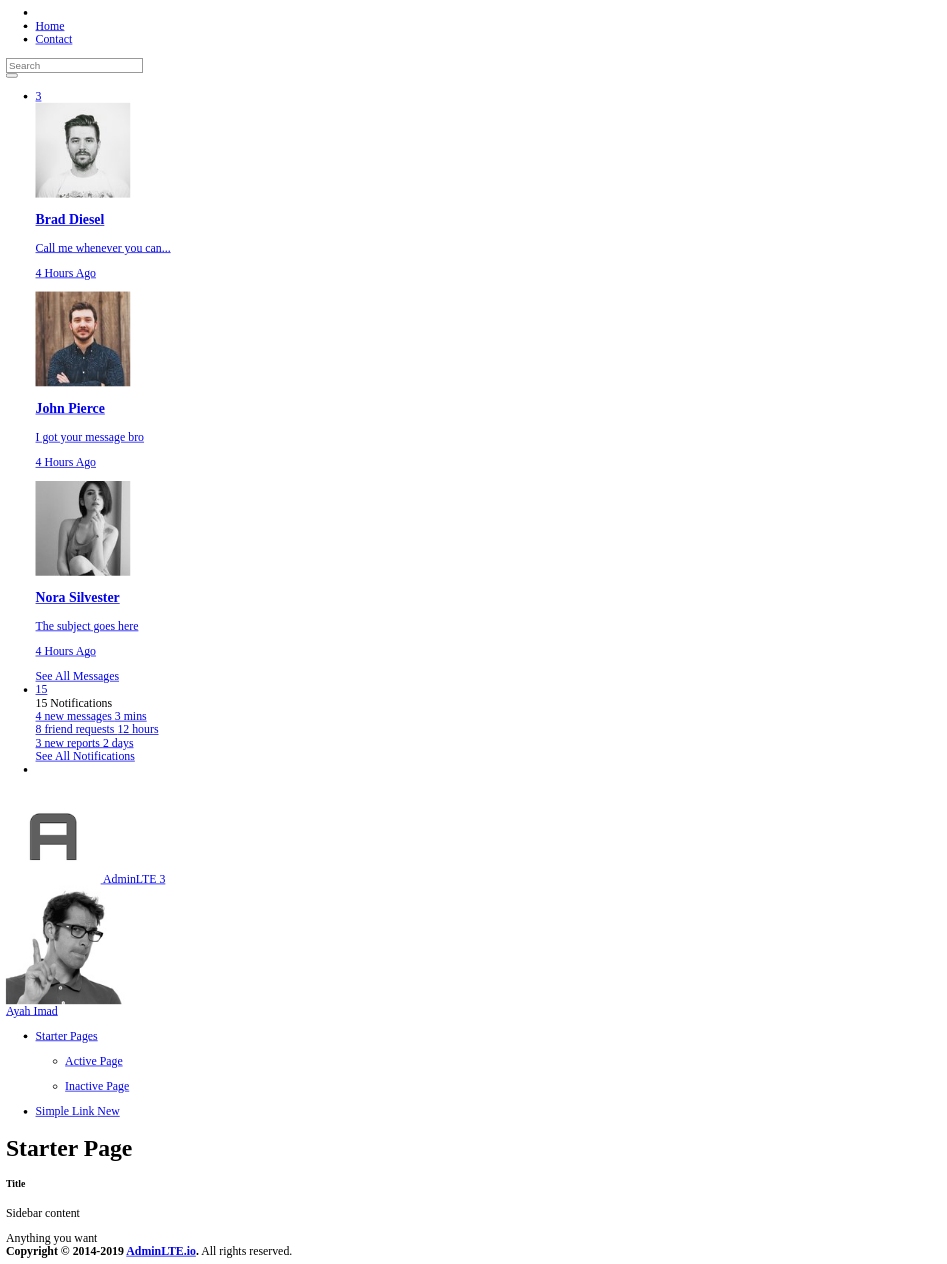
Repository: Abdaljawad-Aya/Django-Exercises
Page: http://localhost/polls/
The author's editor kept a copy of each file at every save. The page is drawn from the files as they stood at one save, then again after the next save.
The browser window is 1280 px wide. The pictures show the whole page, at 74% of full size.
The page is served by the project's application, run on Django 3.2 (manage.py). Other server files are loaded and not shown.

Above is the page before, as saved 2021-03-10 08:26:01.

### crudDj/DJ/polls/templates/polls/starter.html

<!--
This is a starter template page. Use this page to start your new project from
scratch. This page gets rid of all links and provides the needed markup only.
-->
{% load static %}
{% comment %} <!DOCTYPE html>
<html lang="en">
<head>
  <meta charset="utf-8">
  <meta name="viewport" content="width=device-width, initial-scale=1">
  <meta http-equiv="x-ua-compatible" content="ie=edge">

  <title>AdminLTE 3 | Starter</title>

  <!-- Font Awesome Icons -->
  <link rel="stylesheet" href="{% static 'plugins/fontawesome-free/css/all.min.css' %}">
  <!-- Theme style -->
  <link rel="stylesheet" href="{% static 'dist/css/adminlte.min.css'%}">
  <!-- Google Font: Source Sans Pro -->
  <link href="https://fonts.googleapis.com/css?family=Source+Sans+Pro:300,400,400i,700" rel="stylesheet">
</head>
<body class="hold-transition sidebar-mini"> {% endcomment %}
<div class="wrapper">

  <!-- Navbar -->
  <nav class="main-header navbar navbar-expand navbar-white navbar-light">
    <!-- Left navbar links -->
    <ul class="navbar-nav">
      <li class="nav-item">
        <a class="nav-link" data-widget="pushmenu" href="#" role="button"><i class="fas fa-bars"></i></a>
      </li>
      <li class="nav-item d-none d-sm-inline-block">
        <a href="index3.html" class="nav-link">Home</a>
      </li>
      <li class="nav-item d-none d-sm-inline-block">
        <a href="#" class="nav-link">Contact</a>
      </li>
    </ul>

    <!-- SEARCH FORM -->
    <form class="form-inline ml-3">
      <div class="input-group input-group-sm">
        <input class="form-control form-control-navbar" type="search" placeholder="Search" aria-label="Search">
        <div class="input-group-append">
          <button class="btn btn-navbar" type="submit">
            <i class="fas fa-search"></i>
          </button>
        </div>
      </div>
    </form>

    <!-- Right navbar links -->
    <ul class="navbar-nav ml-auto">
      <!-- Messages Dropdown Menu -->
      <li class="nav-item dropdown">
        <a class="nav-link" data-toggle="dropdown" href="#">
          <i class="far fa-comments"></i>
          <span class="badge badge-danger navbar-badge">3</span>
        </a>
        <div class="dropdown-menu dropdown-menu-lg dropdown-menu-right">
          <a href="#" class="dropdown-item">
            <!-- Message Start -->
            <div class="media">
              <img src="{% static 'dist/img/user1-128x128.jpg'%}" alt="User Avatar" class="img-size-50 mr-3 img-circle">
              <div class="media-body">
                <h3 class="dropdown-item-title">
                  Brad Diesel
                  <span class="float-right text-sm text-danger"><i class="fas fa-star"></i></span>
                </h3>
                <p class="text-sm">Call me whenever you can...</p>
                <p class="text-sm text-muted"><i class="far fa-clock mr-1"></i> 4 Hours Ago</p>
              </div>
            </div>
            <!-- Message End -->
          </a>
          <div class="dropdown-divider"></div>
          <a href="#" class="dropdown-item">
            <!-- Message Start -->
            <div class="media">
              <img src="{% static 'dist/img/user8-128x128.jpg'%}" alt="User Avatar" class="img-size-50 img-circle mr-3">
              <div class="media-body">
                <h3 class="dropdown-item-title">
                  John Pierce
                  <span class="float-right text-sm text-muted"><i class="fas fa-star"></i></span>
                </h3>
                <p class="text-sm">I got your message bro</p>
                <p class="text-sm text-muted"><i class="far fa-clock mr-1"></i> 4 Hours Ago</p>
              </div>
            </div>
            <!-- Message End -->
          </a>
          <div class="dropdown-divider"></div>
          <a href="#" class="dropdown-item">
            <!-- Message Start -->
            <div class="media">
              <img src="{% static 'dist/img/user3-128x128.jpg'%}" alt="User Avatar" class="img-size-50 img-circle mr-3">
              <div class="media-body">
                <h3 class="dropdown-item-title">
                  Nora Silvester
                  <span class="float-right text-sm text-warning"><i class="fas fa-star"></i></span>
                </h3>
                <p class="text-sm">The subject goes here</p>
                <p class="text-sm text-muted"><i class="far fa-clock mr-1"></i> 4 Hours Ago</p>
              </div>
            </div>
            <!-- Message End -->
          </a>
          <div class="dropdown-divider"></div>
          <a href="#" class="dropdown-item dropdown-footer">See All Messages</a>
        </div>
      </li>
      <!-- Notifications Dropdown Menu -->
      <li class="nav-item dropdown">
        <a class="nav-link" data-toggle="dropdown" href="#">
          <i class="far fa-bell"></i>
          <span class="badge badge-warning navbar-badge">15</span>
        </a>
        <div class="dropdown-menu dropdown-menu-lg dropdown-menu-right">
          <span class="dropdown-header">15 Notifications</span>
          <div class="dropdown-divider"></div>
          <a href="#" class="dropdown-item">
            <i class="fas fa-envelope mr-2"></i> 4 new messages
            <span class="float-right text-muted text-sm">3 mins</span>
          </a>
          <div class="dropdown-divider"></div>
          <a href="#" class="dropdown-item">
            <i class="fas fa-users mr-2"></i> 8 friend requests
            <span class="float-right text-muted text-sm">12 hours</span>
          </a>
          <div class="dropdown-divider"></div>
          <a href="#" class="dropdown-item">
            <i class="fas fa-file mr-2"></i> 3 new reports
            <span class="float-right text-muted text-sm">2 days</span>
          </a>
          <div class="dropdown-divider"></div>
          <a href="#" class="dropdown-item dropdown-footer">See All Notifications</a>
        </div>
      </li>
      <li class="nav-item">
        <a class="nav-link" data-widget="control-sidebar" data-slide="true" href="#" role="button"><i
            class="fas fa-th-large"></i></a>
      </li>
    </ul>
  </nav>
  <!-- /.navbar -->

  <!-- Main Sidebar Container -->
  <aside class="main-sidebar sidebar-dark-primary elevation-4">
    <!-- Brand Logo -->
    <a href="index3.html" class="brand-link">
      <img src="{% static 'dist/img/AdminLTELogo.png'%}" alt="AdminLTE Logo" class="brand-image img-circle elevation-3"
           style="opacity: .8">
      <span class="brand-text font-weight-light">AdminLTE 3</span>
    </a>

    <!-- Sidebar -->
    <div class="sidebar">
      <!-- Sidebar user panel (optional) -->
      <div class="user-panel mt-3 pb-3 mb-3 d-flex">
        <div class="image">
          <img src="{% static 'dist/img/user2-160x160.jpg'%}" class="img-circle elevation-2" alt="User Image">
        </div>
        <div class="info">
          <a href="#" class="d-block">Ayah Imad</a>
        </div>
      </div>

      <!-- Sidebar Menu -->
      <nav class="mt-2">
        <ul class="nav nav-pills nav-sidebar flex-column" data-widget="treeview" role="menu" data-accordion="false">
          <!-- Add icons to the links using the .nav-icon class
               with font-awesome or any other icon font library -->
          <li class="nav-item has-treeview menu-open">
            <a href="#" class="nav-link active">
              <i class="nav-icon fas fa-tachometer-alt"></i>
              <p>
                Starter Pages
                <i class="right fas fa-angle-left"></i>
              </p>
            </a>
            <ul class="nav nav-treeview">
              <li class="nav-item">
                <a href="#" class="nav-link active">
                  <i class="far fa-circle nav-icon"></i>
                  <p>Active Page</p>
                </a>
              </li>
              <li class="nav-item">
                <a href="#" class="nav-link">
                  <i class="far fa-circle nav-icon"></i>
                  <p>Inactive Page</p>
                </a>
              </li>
            </ul>
          </li>
          <li class="nav-item">
            <a href="#" class="nav-link">
              <i class="nav-icon fas fa-th"></i>
              <p>
                Simple Link
                <span class="right badge badge-danger">New</span>
              </p>
            </a>
          </li>
        </ul>
      </nav>
      <!-- /.sidebar-menu -->
    </div>
    <!-- /.sidebar -->
  </aside>

  <!-- Content Wrapper. Contains page content -->
  <div class="content-wrapper">

  <div class="content-header">
                <h1 class="m-0 text-dark">Starter Page</h1>

  </div
    <!-- Content Header (Page header) -->
    {% comment %} <div class="content-header">
      <div class="container-fluid">
        <div class="row mb-2">
          <div class="col-sm-6">
            <h1 class="m-0 text-dark">Starter Page</h1>
          </div><!-- /.col -->
          <div class="col-sm-6">
            <ol class="breadcrumb float-sm-right">
              <li class="breadcrumb-item"><a href="#">Home</a></li>
              <li class="breadcrumb-item active">Starter Page</li>
            </ol>
          </div><!-- /.col -->
        </div><!-- /.row -->
      </div><!-- /.container-fluid --> {% endcomment %}
    </div>
    <!-- /.content-header -->

    <!-- Main content -->
    {% comment %} <div class="content">
      <div class="container-fluid">
        <div class="row">
          <div class="col-lg-6">
            <div class="card">
              <div class="card-body">
                <h5 class="card-title">Card title</h5>

                <p class="card-text">
                  Some quick example text to build on the card title and make up the bulk of the card's
                  content.
                </p>

                <a href="#" class="card-link">Card link</a>
                <a href="#" class="card-link">Another link</a>
              </div>
            </div> {% endcomment %}

            {% comment %} <div class="card card-primary card-outline">
              <div class="card-body">
                <h5 class="card-title">Card title</h5>

                <p class="card-text">
                  Some quick example text to build on the card title and make up the bulk of the card's
                  content.
                </p>
                <a href="#" class="card-link">Card link</a>
                <a href="#" class="card-link">Another link</a>
              </div>
            </div><!-- /.card -->
          </div> {% endcomment %}
          <!-- /.col-md-6 -->
          {% comment %} <div class="col-lg-6">
            <div class="card">
              <div class="card-header">
                <h5 class="m-0">Featured</h5>
              </div>
              <div class="card-body">
                <h6 class="card-title">Special title treatment</h6>

                <p class="card-text">With supporting text below as a natural lead-in to additional content.</p>
                <a href="#" class="btn btn-primary">Go somewhere</a>
              </div>
            </div> {% endcomment %}

            {% comment %} <div class="card card-primary card-outline">
              <div class="card-header">
                <h5 class="m-0">Featured</h5>
              </div>
              <div class="card-body">
                <h6 class="card-title">Special title treatment</h6>

                <p class="card-text">With supporting text below as a natural lead-in to additional content.</p>
                <a href="#" class="btn btn-primary">Go somewhere</a>
              </div> {% endcomment %}
            </div>
          </div>
          <!-- /.col-md-6 -->
        </div>
        <!-- /.row -->
      </div><!-- /.container-fluid -->
    </div>
    <!-- /.content -->
  </div>
  <!-- /.content-wrapper -->

  <!-- Control Sidebar -->
  <aside class="control-sidebar control-sidebar-dark">
    <!-- Control sidebar content goes here -->
    <div class="p-3">
      <h5>Title</h5>
      <p>Sidebar content</p>
    </div>
  </aside>
  <!-- /.control-sidebar -->

  <!-- Main Footer -->
  <footer class="main-footer">
    <!-- To the right -->
    <div class="float-right d-none d-sm-inline">
      Anything you want
    </div>
    <!-- Default to the left -->
    <strong>Copyright &copy; 2014-2019 <a href="https://adminlte.io">AdminLTE.io</a>.</strong> All rights reserved.
  </footer>
</div>
<!-- ./wrapper -->

<!-- REQUIRED SCRIPTS -->

<!-- jQuery -->
{% comment %} <script src="{% static 'plugins/jquery/jquery.min.js'%}"></script>
<!-- Bootstrap 4 -->
<script src="{% static 'plugins/bootstrap/js/bootstrap.bundle.min.js'%}"></script>
<!-- AdminLTE App -->
<script src="{% static 'dist/js/adminlte.min.js'%}"></script> {% endcomment %}
</body>
</html>

### crudDj/DJ/polls/views.py
from django.shortcuts import render , HttpResponseRedirect
from django.http import HttpResponse
from .forms  import DjCrud
from .models import User
# Create your views here.
def index(request):
  return render(request, 'polls/starter.html')

#adding and retrieving data

def add_show(request):
  if request.method == 'POST':
    fm = DjCrud(request.POST)
    if fm.is_valid():
      nm = fm.cleaned_data['name']
      em = fm.cleaned_data['email']
      pw = fm.cleaned_data['password']
      reg= User(name=nm, email=em, password=pw)
      reg.save()
      fm = DjCrud()
  else:
      fm = DjCrud()
      Dj = User.objects.all()
      return render(request, 'polls/add.html', {'form':fm})

 #edit and update function

def update_data(request,id):
    if request.method == 'POST':
        pi = User.objects.get(pk=id)
        fm = DjCrud(request.POST, instance=pi)
        if fm.is_valid():
            fm.save()
    else:
        pi = User.objects.get(pk=id)
        fm = DjCrud(instance=pi)
    return render(request,'polls/update.html', {'form':fm})

 #delete function

def delete_data(request,id):
    if request.method == 'POST':
        pi = User.objects.get(pk=id)
        pi.delete()
    return HttpResponseRedirect('/')

### crudDj/DJ/DJ/urls.py
"""DJ URL Configuration

The `urlpatterns` list routes URLs to views. For more information please see:
    https://docs.djangoproject.com/en/3.1/topics/http/urls/
Examples:
Function views
    1. Add an import:  from my_app import views
    2. Add a URL to urlpatterns:  path('', views.home, name='home')
Class-based views
    1. Add an import:  from other_app.views import Home
    2. Add a URL to urlpatterns:  path('', Home.as_view(), name='home')
Including another URLconf
    1. Import the include() function: from django.urls import include, path
    2. Add a URL to urlpatterns:  path('blog/', include('blog.urls'))
"""
from django.contrib import admin
from django.urls import path , include
from polls import views
urlpatterns = [
    path('admin/', admin.site.urls),
    path('',views.add_show, name="add"),
    path('delete/<int:id>/',views.delete_data, name="deleteadd"),
    path('<int:id>/',views.update_data, name="updateadd"),
    path('polls/', include('polls.urls')),
]

### crudDj/DJ/polls/urls.py
from django.urls import path
from polls import views

urlpatterns = [
    path ('' , views.index, name="index")
]

After the next save:
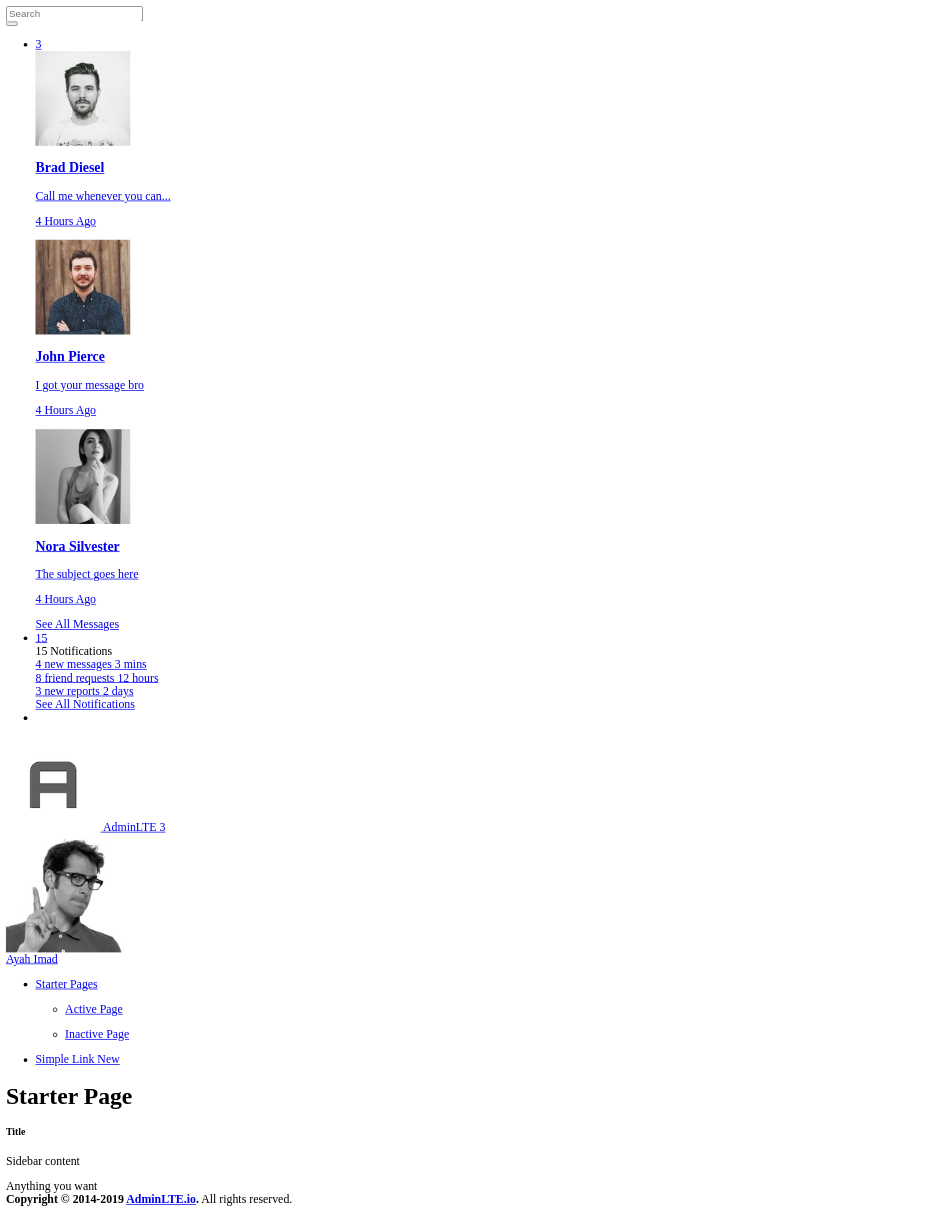
Saved 5 s later.
--- a/crudDj/DJ/polls/templates/polls/starter.html
+++ b/crudDj/DJ/polls/templates/polls/starter.html
@@ -24,7 +24,7 @@
 <div class="wrapper">
 
   <!-- Navbar -->
-  <nav class="main-header navbar navbar-expand navbar-white navbar-light">
+  {% comment %} <nav class="main-header navbar navbar-expand navbar-white navbar-light">
     <!-- Left navbar links -->
     <ul class="navbar-nav">
       <li class="nav-item">
@@ -36,7 +36,7 @@
       <li class="nav-item d-none d-sm-inline-block">
         <a href="#" class="nav-link">Contact</a>
       </li>
-    </ul>
+    </ul> {% endcomment %}
 
     <!-- SEARCH FORM -->
     <form class="form-inline ml-3">
